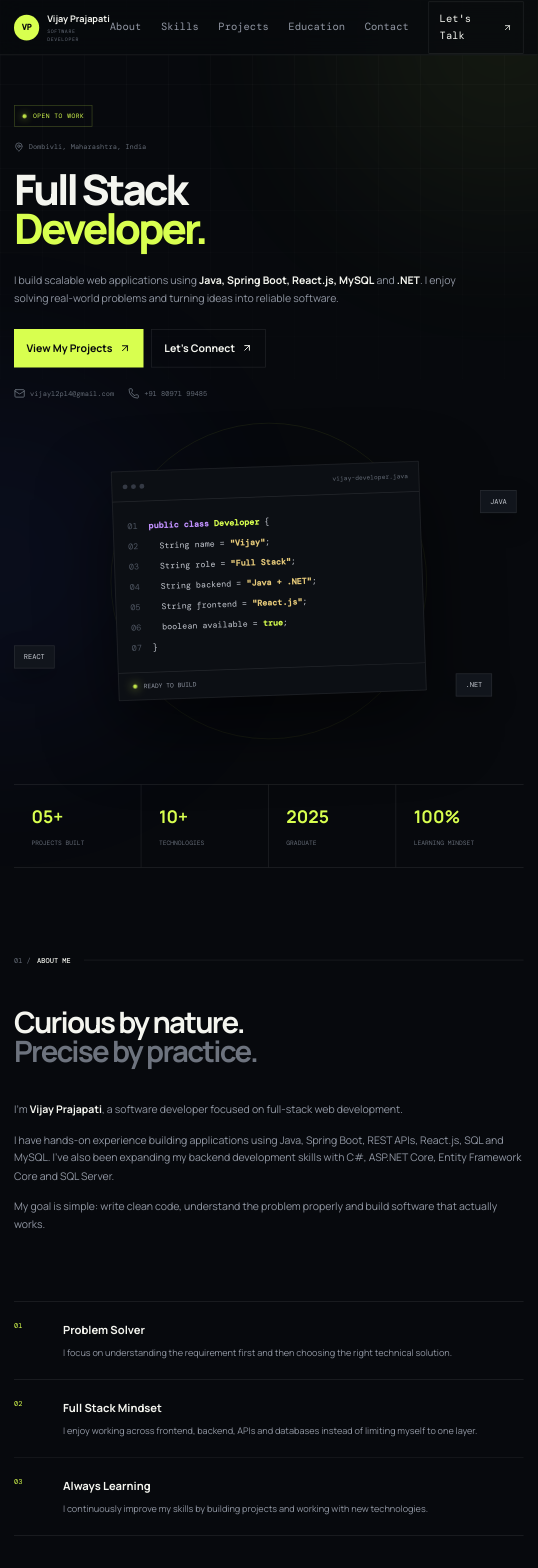
Repository: vijaymp1214/vijay-portfolio
Page: /
The author's editor kept a copy of each file at every save. The page is drawn from the files as they stood at one save, then again after the next save.
The browser window is 768 px wide. The pictures show the part of the page from y = 0 to 2240 px (the page is 8391 px tall before and 8268 px after), at 70% of full size.
The project was rebuilt for these pictures with package versions that can differ from the ones it lists, and the page was loaded fresh each time.

Above is the page before, as saved 2026-08-12 08:01:41.

After the next save:
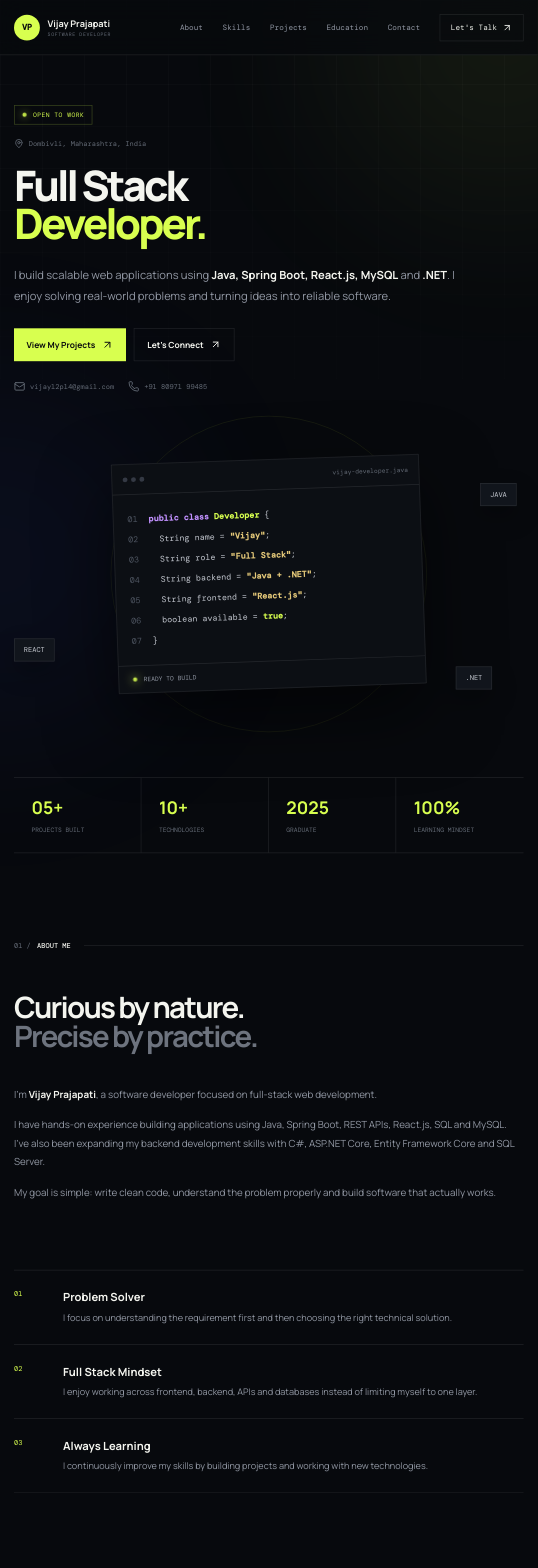
Saved 50 s later.
--- a/src/App.css
+++ b/src/App.css
@@ -1075,88 +1075,3 @@ footer {
     gap: 15px;
   }
 }
-/* ================================
-   GLOBAL FONT SIZE IMPROVEMENT
-   ================================ */
-
-html {
-  font-size: 16px;
-}
-
-body {
-  font-size: 16px;
-  line-height: 1.7;
-}
-
-/* Navbar */
-.navbar a,
-nav a {
-  font-size: 15px;
-}
-
-/* Normal text */
-p {
-  font-size: 16px;
-  line-height: 1.7;
-}
-
-/* Hero */
-.hero-description {
-  font-size: 17px;
-  line-height: 1.8;
-}
-
-/* Section headings */
-h2 {
-  font-size: 36px;
-}
-
-h3 {
-  font-size: 24px;
-}
-
-/* Project cards */
-.project-card p,
-.project-description {
-  font-size: 16px;
-  line-height: 1.7;
-}
-
-/* Skills / tags */
-.skill,
-.tech-tag,
-.tag {
-  font-size: 14px;
-}
-
-/* Buttons */
-button,
-.primary-button,
-.secondary-button {
-  font-size: 15px;
-}
-
-/* About / education / general content */
-.about p,
-.education p,
-section p {
-  font-size: 16px;
-}
-
-/* Mobile */
-@media (max-width: 768px) {
-  body {
-    font-size: 15px;
-  }
-
-  p,
-  .hero-description,
-  .project-card p,
-  section p {
-    font-size: 15px;
-  }
-
-  h2 {
-    font-size: 30px;
-  }
-}

After the 2 saves that followed:
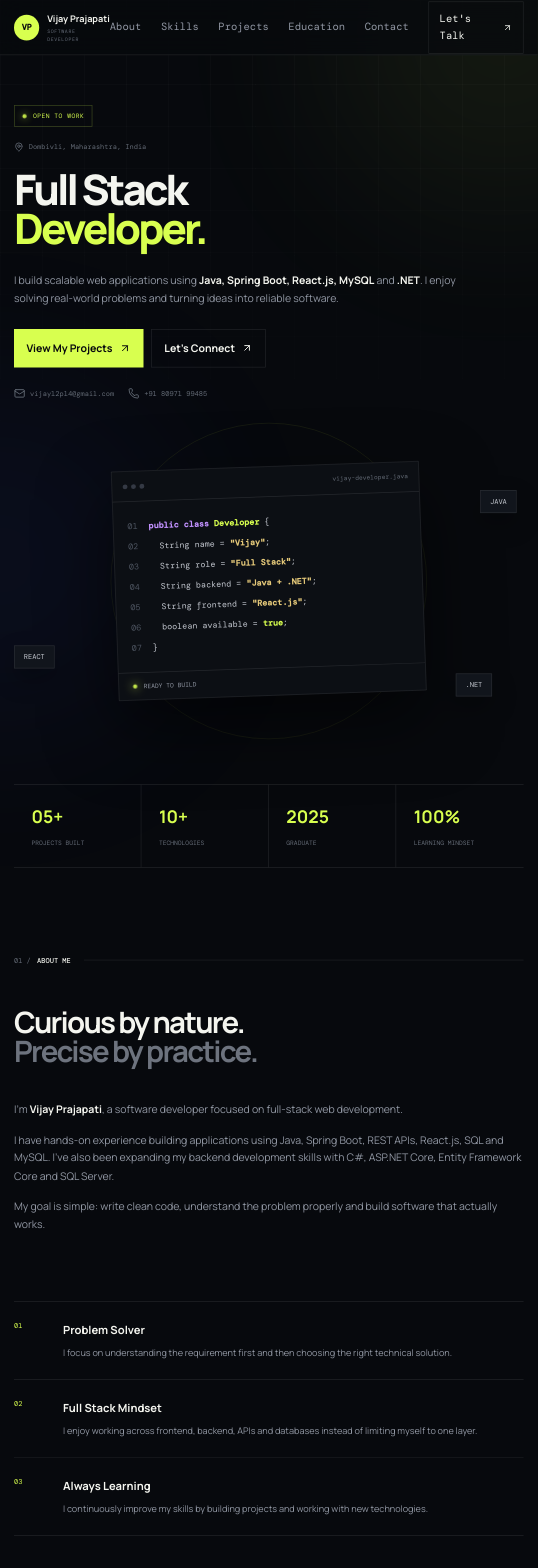
The 2 saves are shown as one change because 1 left the picture as it was.
The last was saved 21 s later.
--- a/src/App.css
+++ b/src/App.css
@@ -1075,3 +1075,88 @@ footer {
     gap: 15px;
   }
 }
+/* ================================
+   GLOBAL FONT SIZE IMPROVEMENT
+   ================================ */
+
+html {
+  font-size: 16px;
+}
+
+body {
+  font-size: 16px;
+  line-height: 1.7;
+}
+
+/* Navbar */
+.navbar a,
+nav a {
+  font-size: 15px;
+}
+
+/* Normal text */
+p {
+  font-size: 16px;
+  line-height: 1.7;
+}
+
+/* Hero */
+.hero-description {
+  font-size: 17px;
+  line-height: 1.8;
+}
+
+/* Section headings */
+h2 {
+  font-size: 36px;
+}
+
+h3 {
+  font-size: 24px;
+}
+
+/* Project cards */
+.project-card p,
+.project-description {
+  font-size: 16px;
+  line-height: 1.7;
+}
+
+/* Skills / tags */
+.skill,
+.tech-tag,
+.tag {
+  font-size: 14px;
+}
+
+/* Buttons */
+button,
+.primary-button,
+.secondary-button {
+  font-size: 15px;
+}
+
+/* About / education / general content */
+.about p,
+.education p,
+section p {
+  font-size: 16px;
+}
+
+/* Mobile */
+@media (max-width: 768px) {
+  body {
+    font-size: 15px;
+  }
+
+  p,
+  .hero-description,
+  .project-card p,
+  section p {
+    font-size: 15px;
+  }
+
+  h2 {
+    font-size: 30px;
+  }
+}
